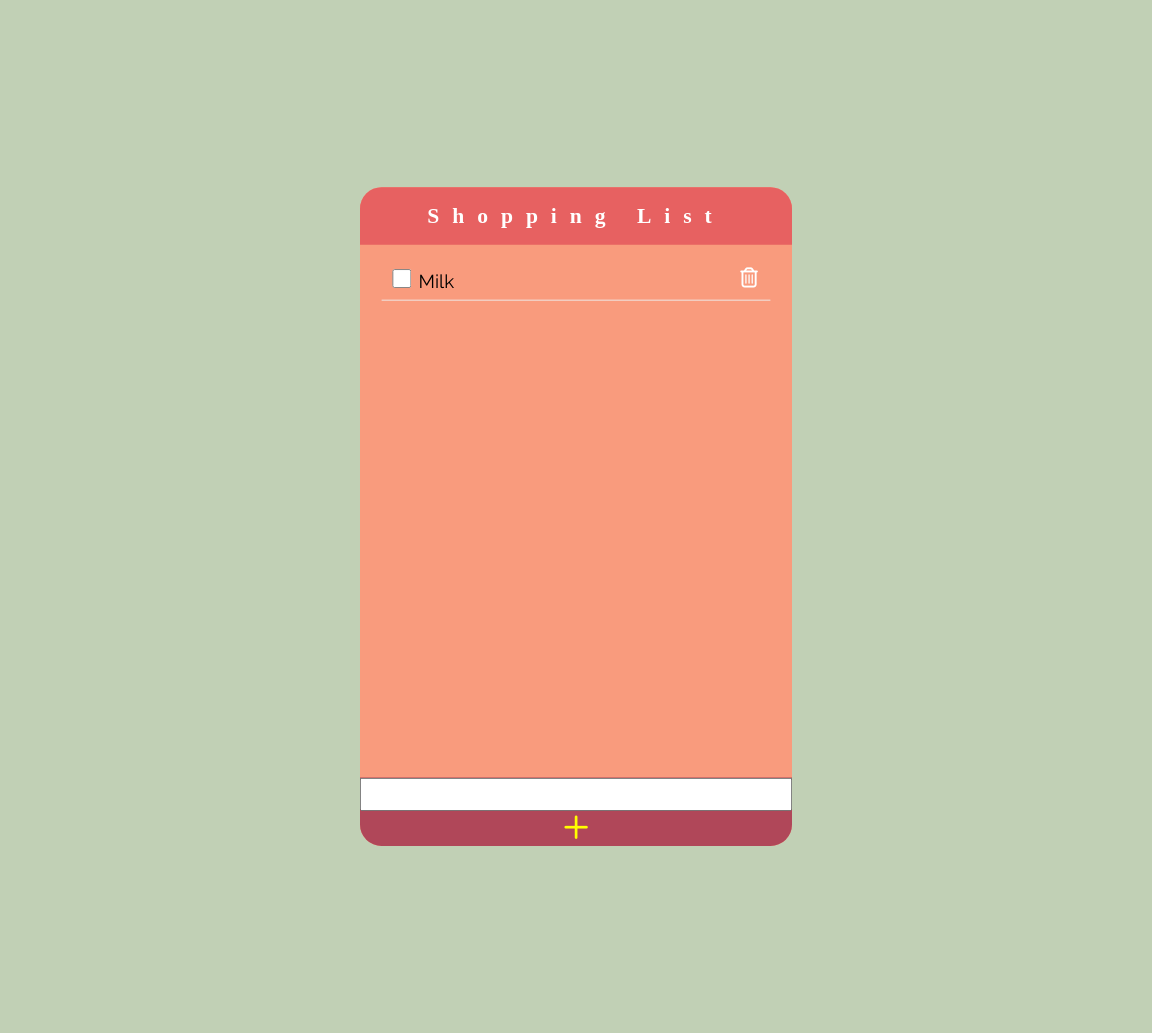
Repository: sephinejo/shopping-list-app
Page: index.html
The author's editor kept a copy of each file at every save. The page is drawn from the files as they stood at one save, then again after the next save.
The browser window is 1280 px wide. The pictures show the whole page, at 90% of full size.
Some web fonts or font styles are not loaded; a fallback is used. Some web libraries are served in a nearby version.

Above is the page before, as saved 2023-05-12 16:10:28.

After the next save:
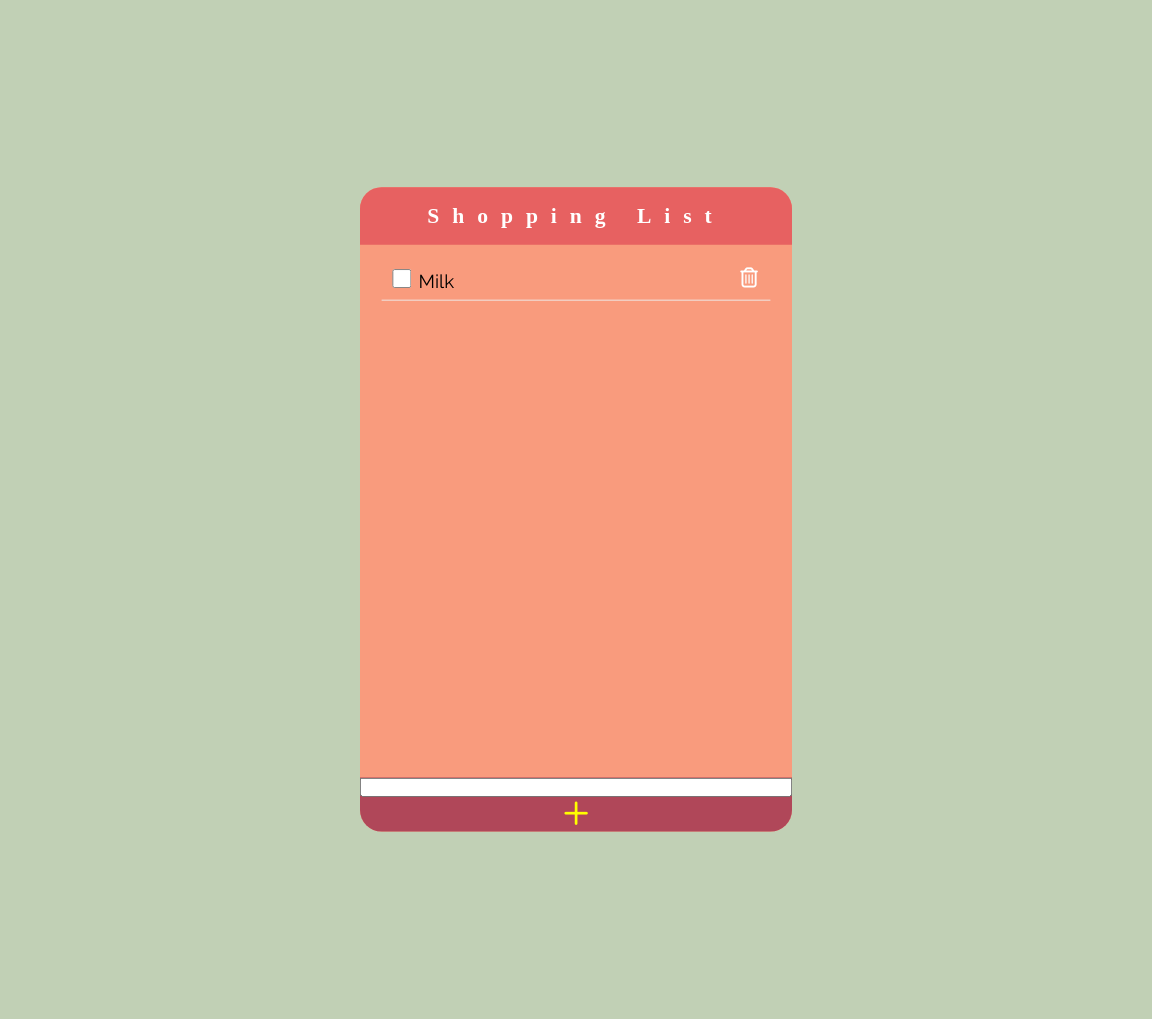
Saved 78 s later.
--- a/index.html
+++ b/index.html
@@ -38,7 +38,7 @@
         <div class="item__divider"></div>
       </ul>
       <footer>
-        <input class="input" type="text" />
+        <input class="footer__input" type="text" />
         <button class="footer__add">
           <i class="fa-regular fa-plus"></i>
         </button>

After the save that followed:
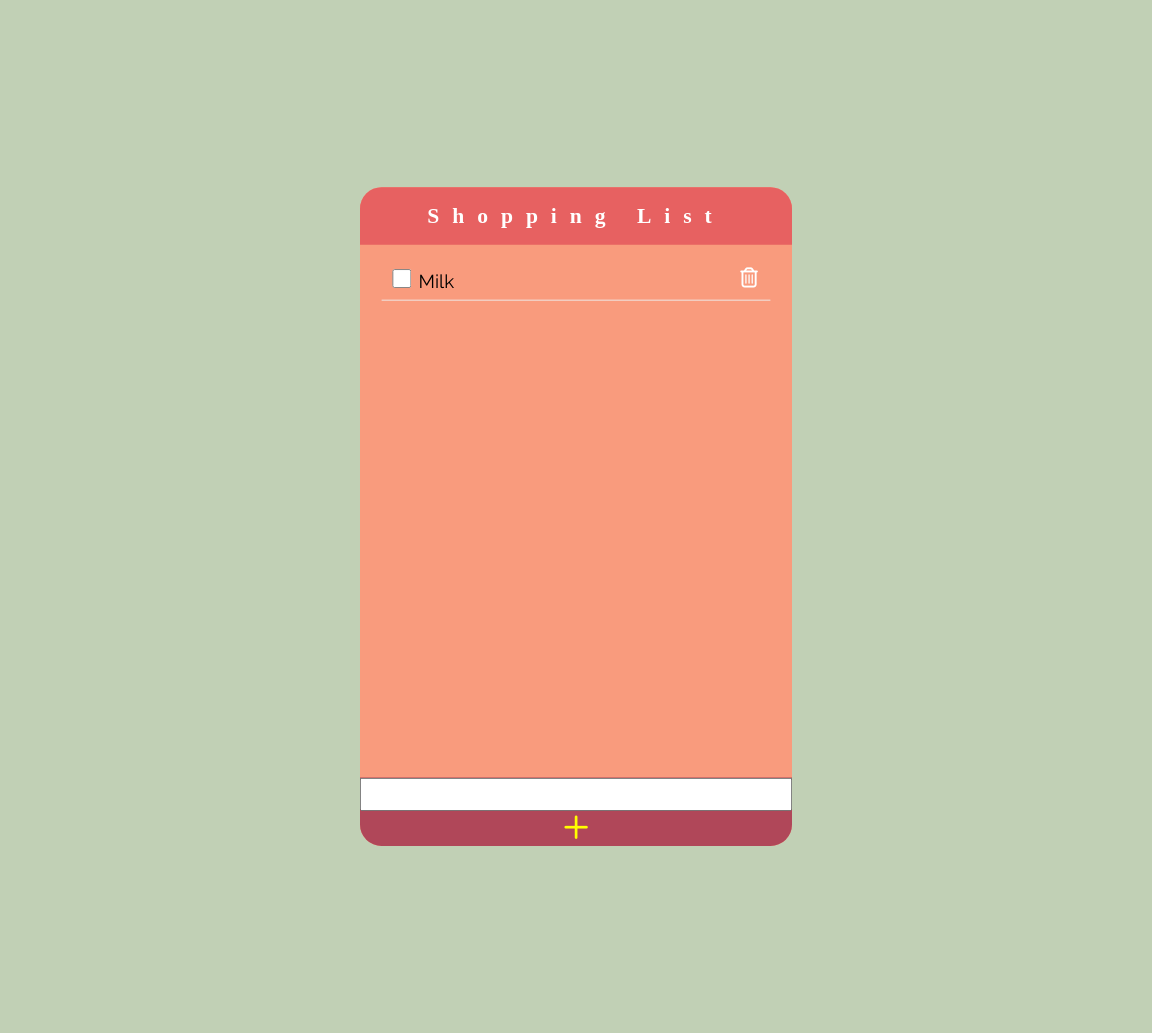
Saved 6 s later.
--- a/style.css
+++ b/style.css
@@ -81,7 +81,7 @@ footer {
   border-radius: 0 0 1.5rem 1.5rem;
 }
 
-.input {
+.footer__input {
   height: 2.3rem;
   outline: none;
   font-family: 'Raleway';
